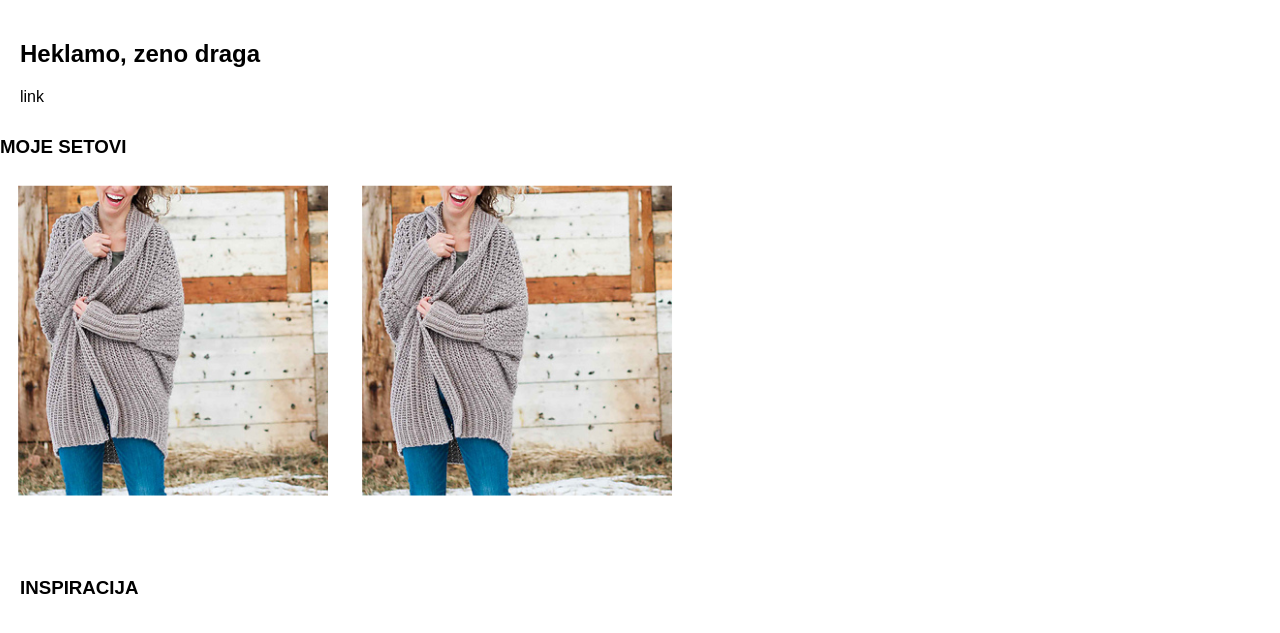
Repository: sdnc/Heklamo
Page: index.html
An editor plug-in stored every save of this project. The page is shown before and after the next save, followed by the edit.
The browser window is 1280 px wide. The pictures show the whole page.

Above is the page before, as saved 2020-12-24 13:07:32.

### index.html
<html>

<head>
  <meta charset="UTF-8" />
  <meta name="viewport" content="width=device-width, initial-scale=1.0" />
  <title>Heklamo</title>
  <link href="https://maxcdn.bootstrapcdn.com/font-awesome/4.7.0/css/font-awesome.min.css" rel="stylesheet">
  <link rel="stylesheet" href="styles.css" />
  <script src="https://unpkg.com/vue@next" defer></script>
  <script src="app.js" defer></script>
</head>

<body>
  <!--1) -->
  <!--2) -->
  <section id="header" class="divider">
    <h1>Heklamo, zeno draga</h1>
    <nav>link</nav>
  </section>
    <section id="sets">
      <h3>MOJE SETOVI</h3>
    <div class="card">
      <div class="image">
        <img
          src="img/habitatcardigan.jpg" />
      </div>
      <div class="details">
        <div class="center">
          <h1>The Habitat Cardigan<br><span>Difficulty: 2/5</span></h1>
          <p>You will need:</p>
          <button>Let's do it!</button>
        </div>
      </div>
    </div>

    <div class="card">
      <div class="image">
        <img src="img/habitatcardigan.jpg" />
      </div>
      <div class="details">
        <div class="center">
          <h1>The Habitat Cardigan<br><span>Difficulty: 2/5</span></h1>
          <p>You will need:</p>
          <button>Let's do it!</button>
        </div>
      </div>
    </div>
  </section>

  <section id="inspiration" class="divider">
    <h3>INSPIRACIJA</h3>

  </section>

  <section id="buy" class="divider">

  </section>
</body>

</html>

### styles.css
body {
  margin: 0;
  padding: 0;
  font-family: sans-serif;
}

.divider {
  margin: 40px 0 30px 20px;
}

.card {
  margin: 5px 15px;
  display: inline-block;
  transform: translate(1%,1%);
  width: 310px;
  height: 350px;
}
.image {
  width: 310px;
  height: 350px;
  overflow: hidden;
}
.card .image img {
  width: 100%;
  transition: .5s;
}
.card:hover .image img {
  opacity: .5;
  transform: translateX(30%);/*100%*/
}
.card .details {
  position: absolute;
  top: 0;
  left: 0;
  width: 70%;/*100%*/
  height: 89%;
  background: #ffc107;
  transition: .5s;
  transform-origin: left;
  transform: perspective(2000px) rotateY(-90deg);
}
.card:hover .details {
  transform: perspective(2000px) rotateY(0deg);
}
.card .details .center {
  padding: 20px;
  text-align: center;
  background: #fff;
  position: absolute;
  top: 50%;
  transform: translateY(-50%);
}
.card .details .center h1 {
  margin: 0;
  padding: 0;
  color: #ff3636;
  line-height: 20px;
  font-size: 20px;
  text-transform: uppercase;
}
.card .details .center h1 span {
  font-size: 14px;
  color: #262626;
}
.card .details .center p {
  margin: 10px 0;
  padding: 0;
  color: #262626;
}

Loaded but not shown: app.js (no copy from this time; the picture is the same without it)

After the next save:
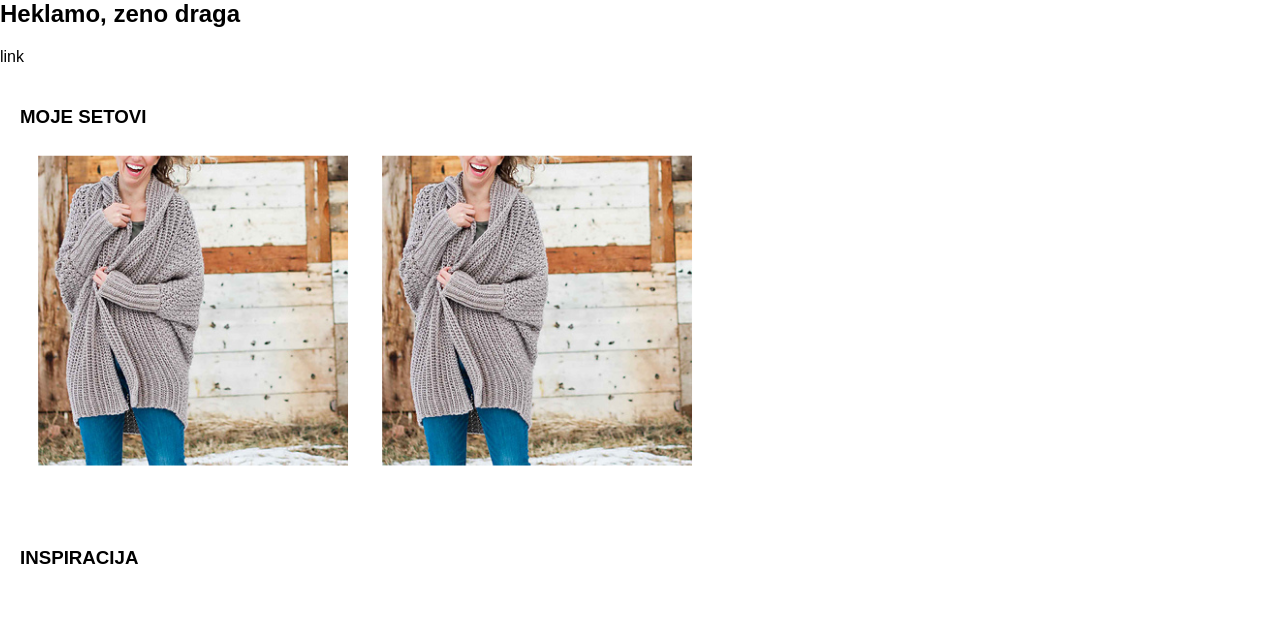
Saved 16 s later.
--- a/index.html
+++ b/index.html
@@ -13,11 +13,11 @@
 <body>
   <!--1) -->
   <!--2) -->
-  <section id="header" class="divider">
+  <section id="header">
     <h1>Heklamo, zeno draga</h1>
     <nav>link</nav>
   </section>
-    <section id="sets">
+    <section id="sets" class="divider">
       <h3>MOJE SETOVI</h3>
     <div class="card">
       <div class="image">
